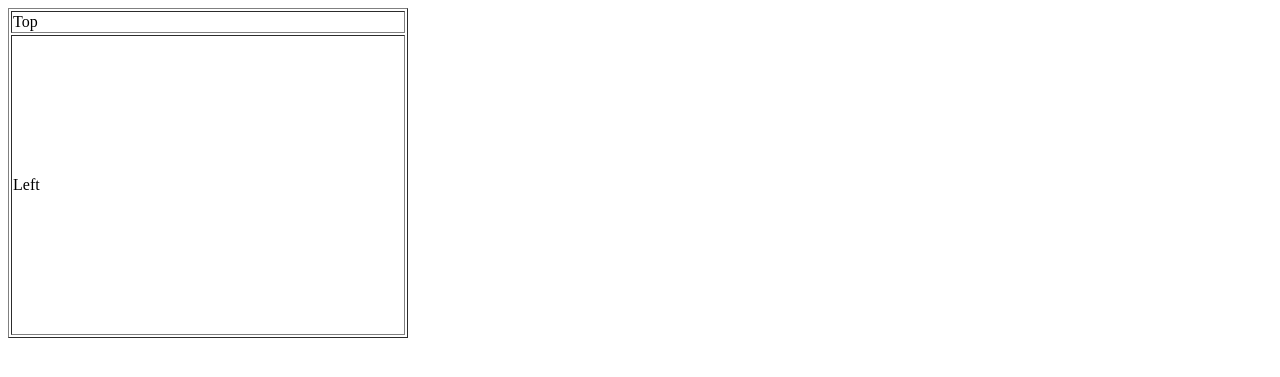
Repository: hyyrim/WebStudy
Page: http://localhost/WebApp19/Main.jsp
The author's editor kept a copy of each file at every save. The page is drawn from the files as they stood at one save, then again after the next save.
The browser window is 1280 px wide. The pictures show the whole page.
The page is served by Tomcat 9. Other server files are loaded and not shown.

Above is the page before, as saved 2021-05-20 07:37:09.

### WebApp19/WebContent/Main.jsp
<%@ page contentType="text/html; charset=UTF-8"%>
<!DOCTYPE html>
<html>
<head>
<meta charset="UTF-8">
<title>Main.jsp</title>
</head>
<body>

<div>
	<table style="width: 400px;" border="1">
		<tr>
			<td colspan="2">
				Top
			</td>
		</tr>
		<tr style="height: 300px;">
			<td style="width: 100px;">
				Left
			</td>
		</tr>
	</table>
</div>

</body>
</html>

After the next save:
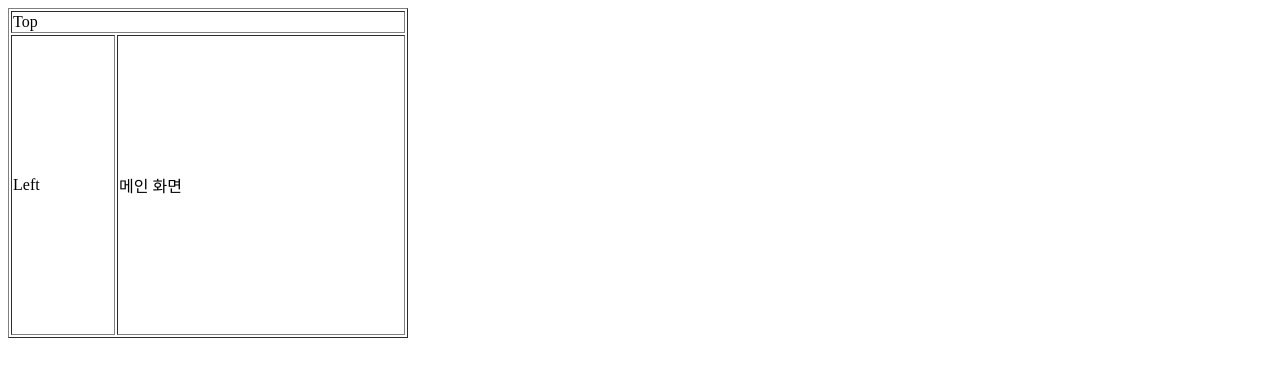
Saved 10 s later.
--- a/WebApp19/WebContent/Main.jsp
+++ b/WebApp19/WebContent/Main.jsp
@@ -18,7 +18,11 @@
 			<td style="width: 100px;">
 				Left
 			</td>
+			<td>
+				메인 화면
+			</td>
 		</tr>
+
 	</table>
 </div>
 
